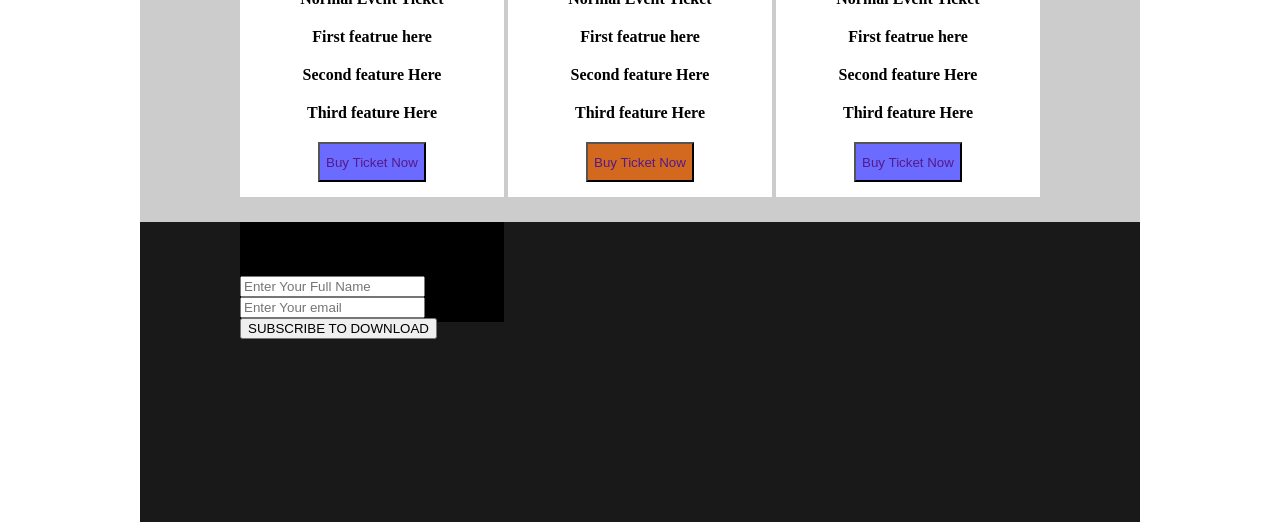
Repository: duyancol/project-ltw-nhom13
Page: page b/index.html
An editor plug-in stored every save of this project. The page is shown before and after the next save, followed by the edit.
The browser window is 1280 px wide. The pictures show the part of the page from y = 1038 to 1660 px (the page is 1560 px tall before and 1660 px after).
A picture or video elsewhere on the page could not be fetched, so the positions and the page height are approximate. Some web fonts or font styles are not loaded; a fallback is used.

Above is the page before, as saved 2021-10-18 11:28:21.

After the next save:
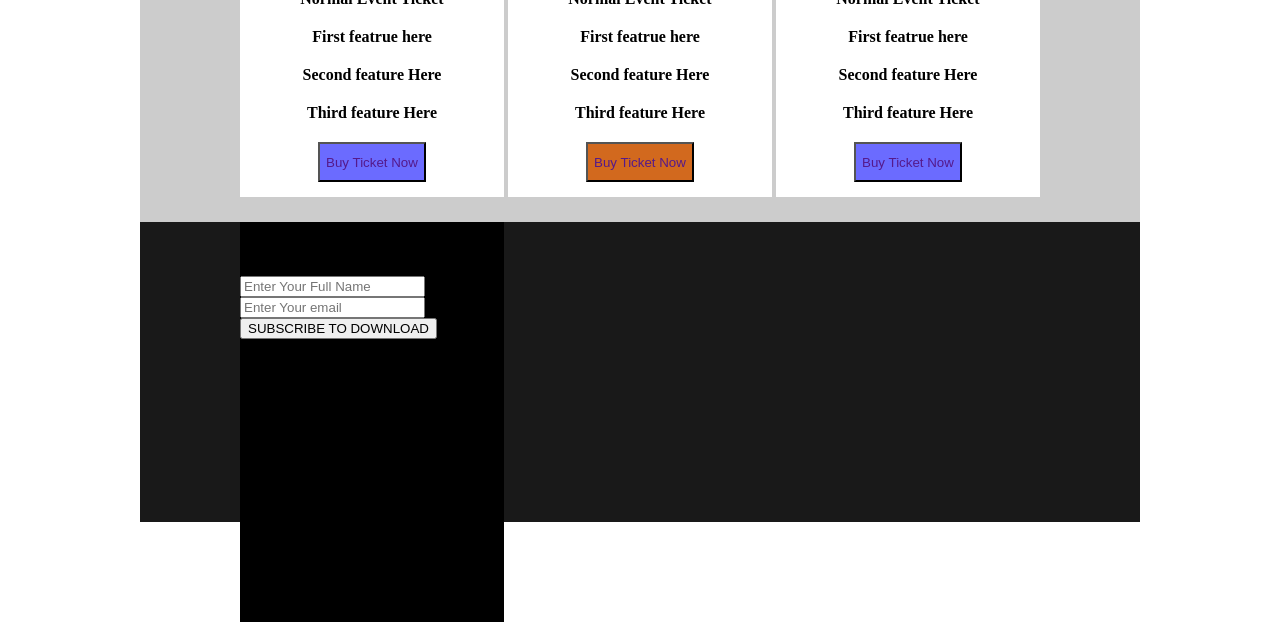
Saved 6 s later.
--- a/page b/style.css
+++ b/page b/style.css
@@ -157,7 +157,7 @@
     position: absolute;
     width: 33%;
     background-color: black;
- height: 100px;
+ height: 400px;
   }
   .ticket h1{
 
